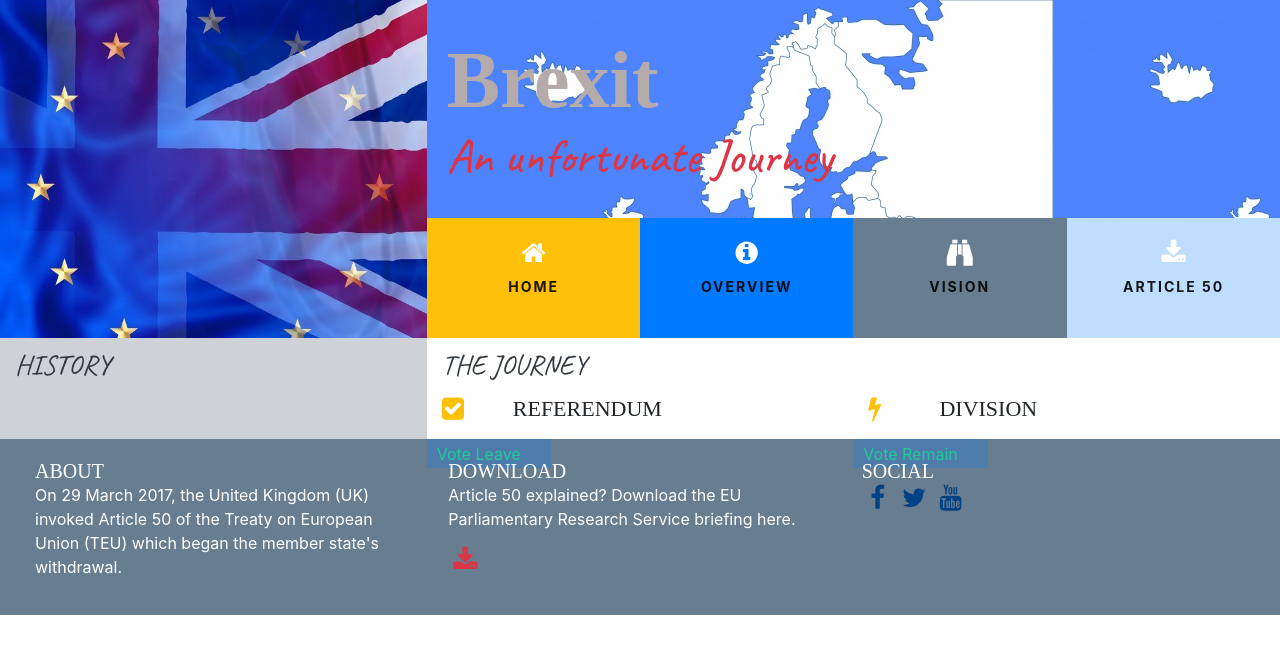
Repository: isiko1/Milestone_Project_One
Page: overview.html
The author's editor kept a record of every edit. The page is drawn from the files as they stood at one moment, then again after the next edit.
The browser window is 1280 px wide. The pictures show the whole page.
Some web fonts or font styles are not loaded; a fallback is used.

Above is the page before.

After the next edit:
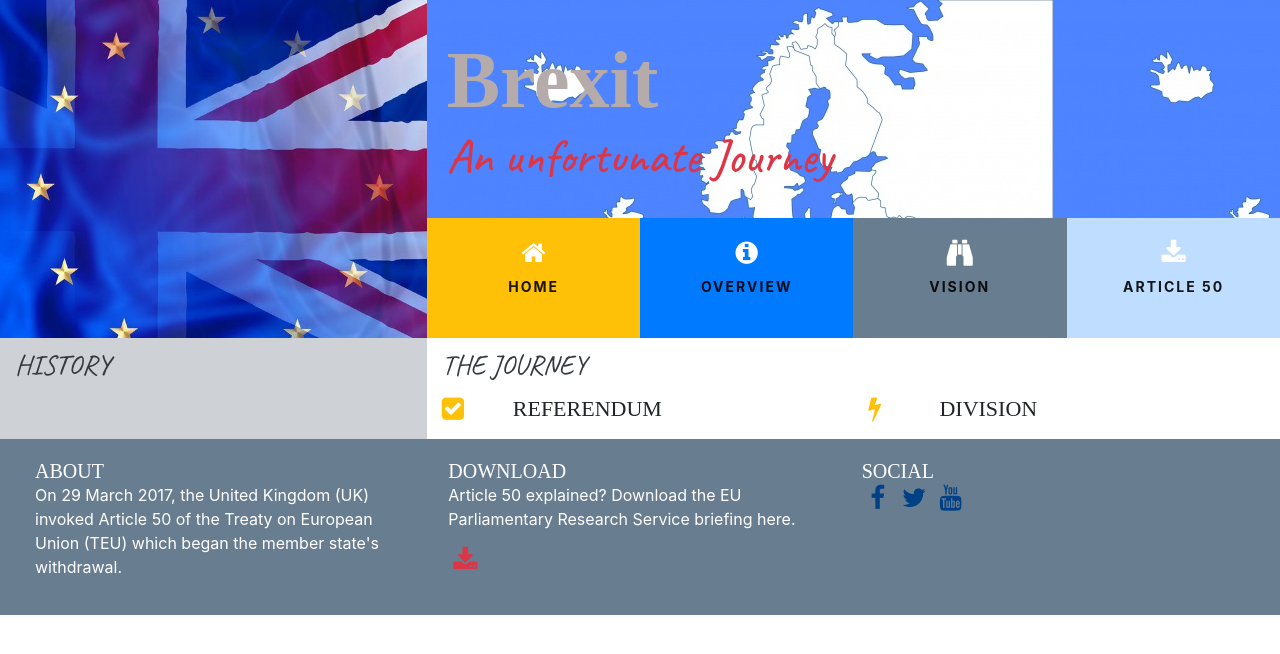
The edit:
--- a/overview.html
+++ b/overview.html
@@ -85,21 +85,6 @@
                         </div>
                     </div>
                 </div>
-                 <div class="row">
-                    <div class="col">
-                        <div class="progress-bar" role="progressbar" aria-valuenow="51" aria-valuemin="0" aria-valuemax="100" style="width:51%;">
-                            <span class="sr-only">51% complete</span>
-                        </div>
-                        <span class="progress-type"> Vote Leave</span>
-                    </div>
-                    <div class="col">
-                        <div class="progress-bar bg-success" role="progressbar" aria-valuenow="49" aria-valuemin="0" aria-valuemax="100" style="width:49%;">
-                            <span class="sr-only">49% complete</span>
-                        </div>
-                        <span class="progress-type"> Vote Remain</span>
-                        </div>
-                    </div>
-               </div>
             </div>
         </div>
     </section>
